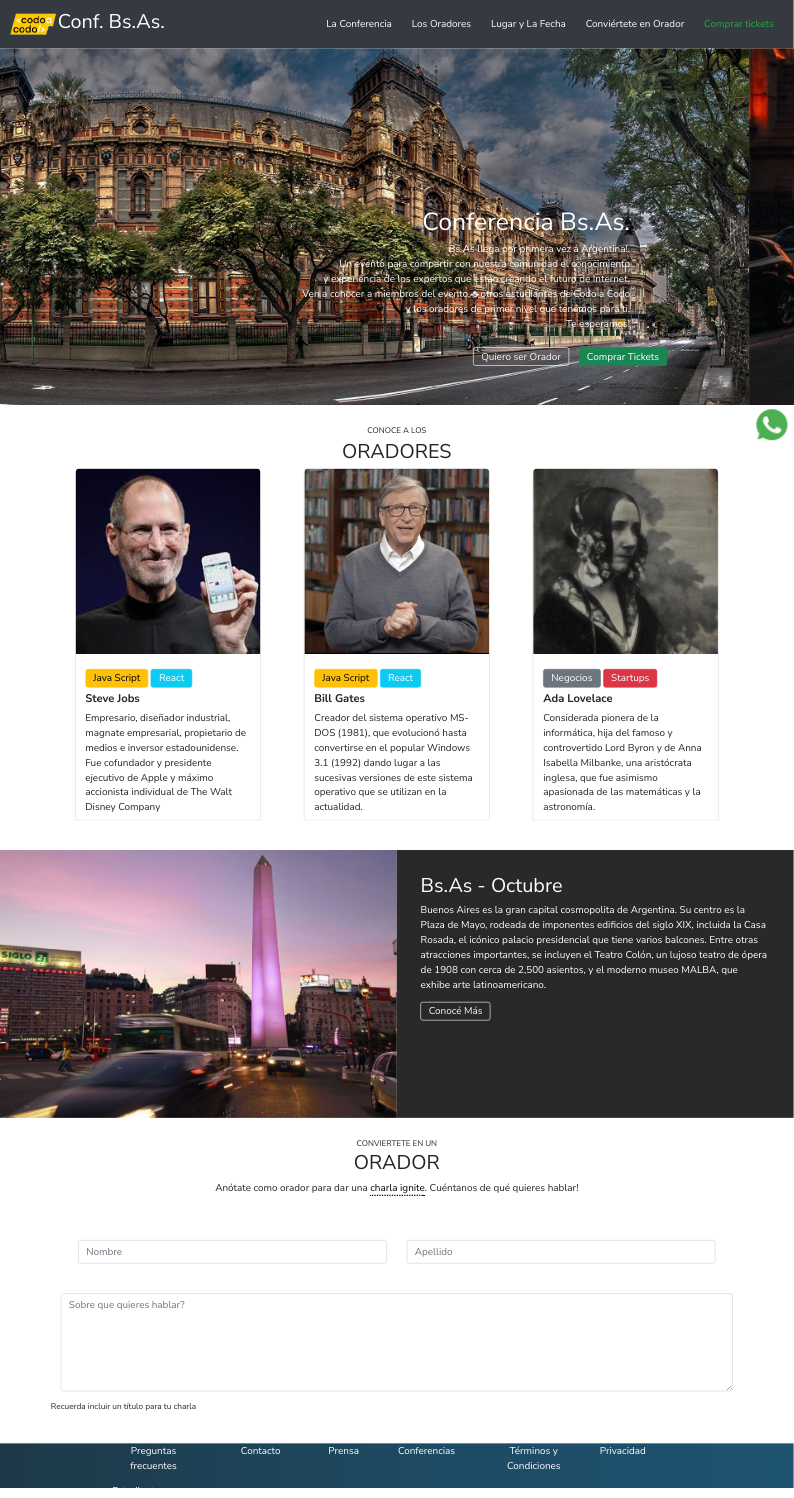
Repository: Melire/trabajo-final-BS
Page: index.html
The author's editor kept a copy of each file at every save. The page is drawn from the files as they stood at one save, then again after a run of saves.
The browser window is 1280 px wide. The pictures show the whole page, at 62% of full size.

Above is the page before, as saved 2023-05-11 11:54:52.

After the next 3 saves:
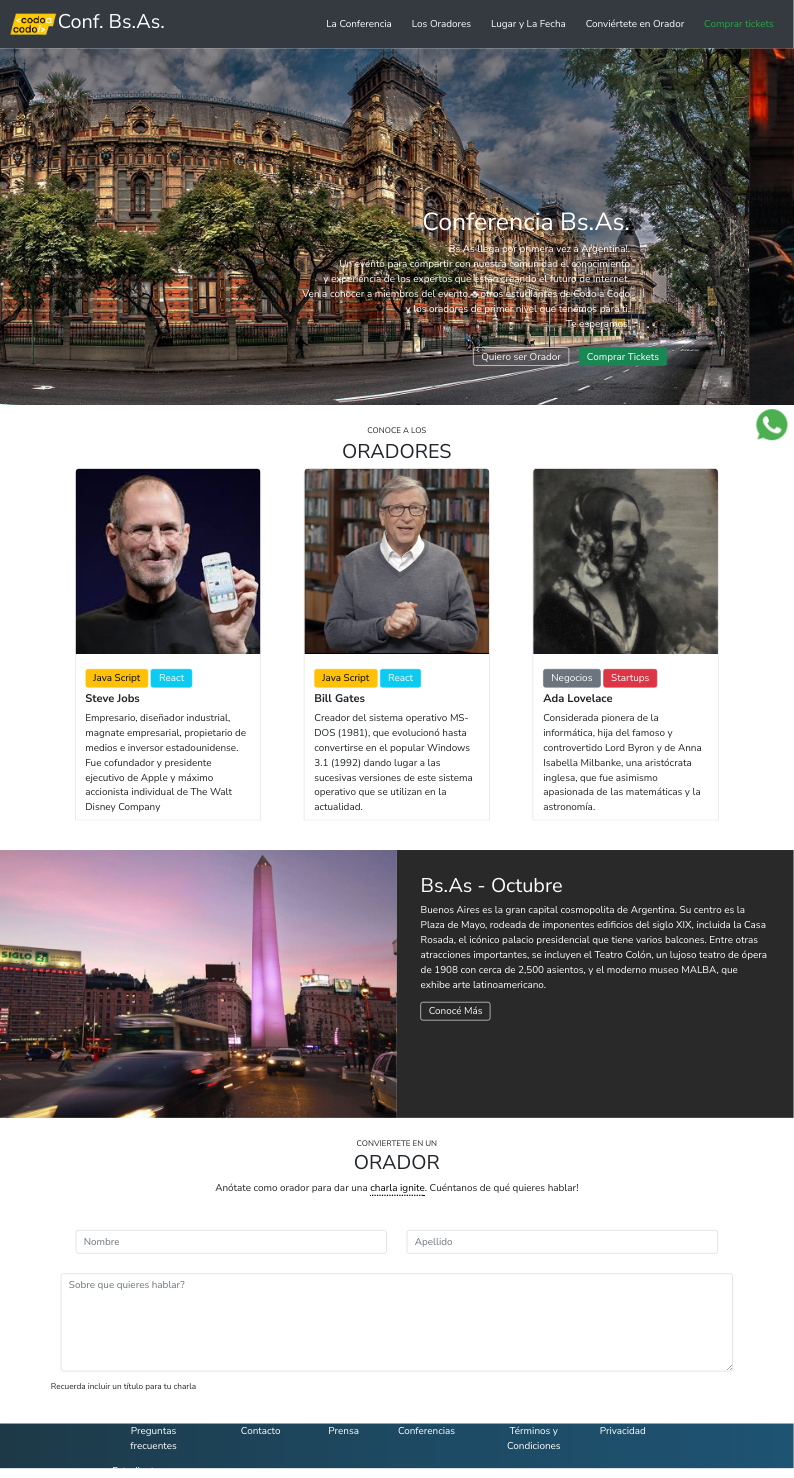
The 3 saves are shown as one change because they came seconds apart.
The last was saved 13 s later.
--- a/css/estilos3.css
+++ b/css/estilos3.css
@@ -166,7 +166,7 @@
 /*formulario Orador*/
 .camposGeneral{
 align-items: center;
-padding: 1rem;
+justify-content: center;
 }
 .imputNames {
     flex-direction: row;
